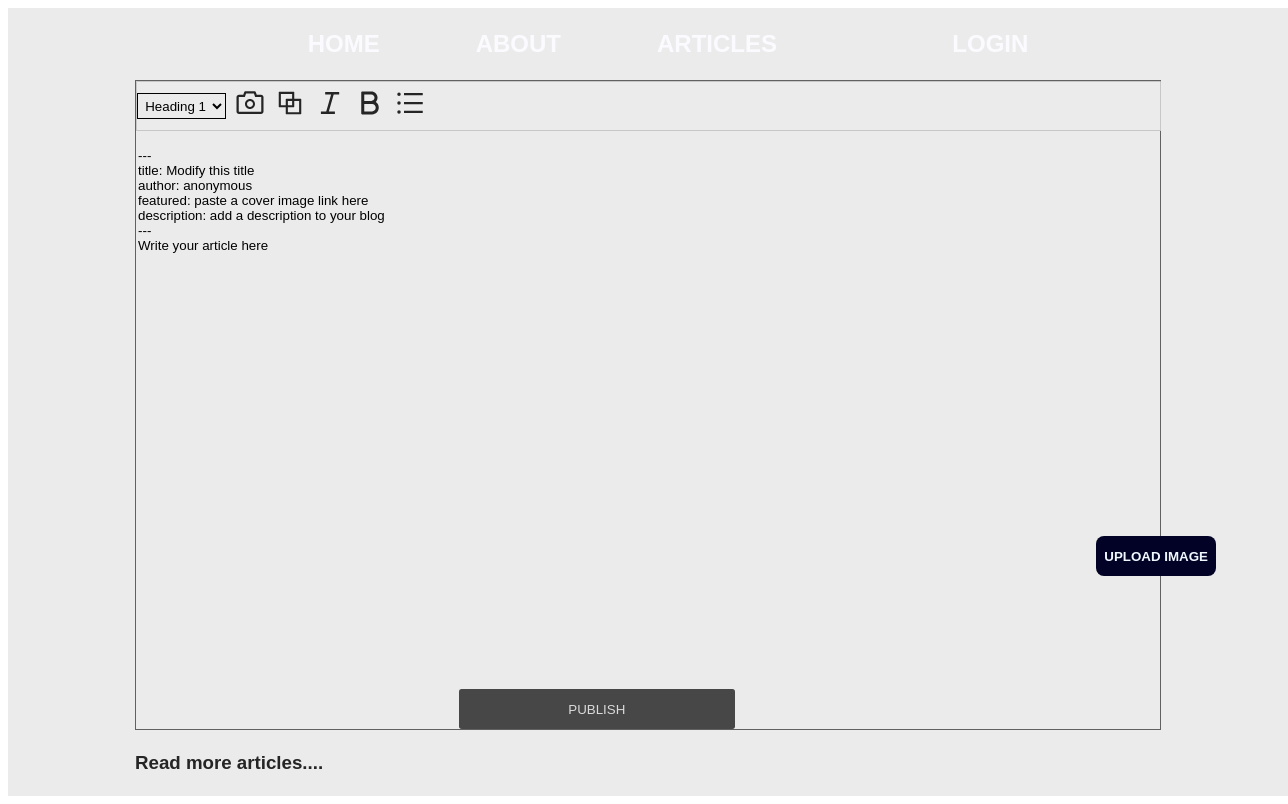
Repository: ValGrace/-static-site
Page: /articles (app in client/)
An editor plug-in stored every save of this project. The page is shown before and after the next save, followed by the edit.
The browser window is 1280 px wide. The page is 1288 px wide, then 1280 px, so the pictures cover 1288 px, including what lies to the right of the window. The pictures show the whole page.
The page's requests for data from a server got no answer. The project was rebuilt for these pictures with package versions that can differ from the ones it lists, and the page was loaded fresh each time. No one was signed in, and anything a server would have sent is missing. Also part of the build but not shown: client/vite.config.js, client/src/Components/Login.jsx, client/src/Components/Signup.jsx, client/src/Components/MidSection.jsx, client/src/Components/HomeSection.jsx, client/src/Components/TopSection.jsx, client/src/MdFiles/MdFileContext.js, client/src/Pages/HomePage.jsx and 1 more.

Above is the page before, as saved 2023-07-01 22:17:23.

### client/index.html
<!DOCTYPE html>
<html lang="en">
  <head>
    <meta charset="UTF-8" />
    <link rel="icon" type="image/svg+xml" href="/vite.svg" />
    <meta name="viewport" content="width=device-width, initial-scale=1.0" />
    <title>Static Site Generator</title>

  </head>
  <body>
    <div id="root"></div>
    <script type="module" src="/src/main.jsx"></script>
  </body>
</html>

### client/src/main.jsx
import React from 'react'
import ReactDOM from 'react-dom/client'
import App from './App'
import './index.css'
import { BrowserRouter } from 'react-router-dom'
ReactDOM.createRoot(document.getElementById('root')).render(
  <React.StrictMode>
    <BrowserRouter>
    <App />
    </BrowserRouter>
  </React.StrictMode>,
)

### client/src/App.jsx
import PageRouter from './Routing/PageRouter'
import './App.css'


function App() {

  return (
    <div className="App">
      <PageRouter />
    </div>
  )
}

export default App

### client/src/index.css
:root {
  font-family: 'Acme', sans-serif;
  line-height: 1.5;
  font-weight: 400;

  color-scheme: light dark;
  color: rgba(7, 7, 7, 0.87);
  /* background-color: #000000b4; */
  padding: 0;
  margin: 0;
  font-synthesis: none;
  text-rendering: optimizeLegibility;
  -webkit-font-smoothing: antialiased;
  -moz-osx-font-smoothing: grayscale;
  -webkit-text-size-adjust: 100%;
}

/* a {
  font-weight: 500;
  color: #646cff;
  text-decoration: inherit;
}
a:hover {
  color: #535bf2;
}

body {
  margin: 0;
  display: flex;
  place-items: center;
  min-width: 320px;
  min-height: 100vh;
}

h1 {
  font-size: 3.2em;
  line-height: 1.1;
}

button {
  border-radius: 8px;
  border: 1px solid transparent;
  padding: 0.6em 1.2em;
  font-size: 1em;
  font-weight: 500;
  font-family: inherit;
  background-color: #1a1a1a;
  cursor: pointer;
  transition: border-color 0.25s;
}
button:hover {
  border-color: #646cff;
}
button:focus,
button:focus-visible {
  outline: 4px auto -webkit-focus-ring-color;
}

@media (prefers-color-scheme: light) {
  :root {
    color: #213547;
    background-color: #ffffff;
  }
  a:hover {
    color: #747bff;
  }
  button {
    background-color: #f9f9f9;
  }
} */

### client/src/Routing/PageRouter.jsx
import Dashboard from "../Pages/Dashboard";
import HomePage from "../Pages/HomePage";
import { Routes, Route} from "react-router-dom"
import AboutPage from "../Pages/aboutPage";
import Articles from "../Pages/Articles";
const PageRouter = () => {
    return (
        <Routes>
            <Route exact path="/" element={ <HomePage />}/>
            <Route path="/login" element={ <Dashboard />}/>
            <Route path="/about" element={<AboutPage />} />
            <Route path="/articles" element={<Articles />} />

        </Routes>
    )
}

export default PageRouter

### client/src/App.css
.App {
  display: flex;
  flex-direction: column;
  justify-content: center;
  align-items: center;
  margin: 0;
  padding: 0;
  width: 100vw;
  background-color: rgba(226, 226, 226, 0.699);
}

### client/src/Pages/Dashboard.jsx
import React, { useReducer, useState} from 'react'
import Login from '../Components/Login'
import Signup from '../Components/Signup'
import "../Components/Inputs.css"
import { Link, useNavigate } from 'react-router-dom'
// import { useAuth } from '../Context/UserContext'
import { account } from '../Utils/appwrite'
const initialState = {page : <Login />}
function reducer(state, action) {
    switch(action.type) {
        case 'loginpage':
          return { page: <Login />}
        case 'signuppage':
            return { page: <Signup />}
        default:
            return { page: <h2>Loading....</h2>}
    }
}
const Dashboard = () => {
    const [state, dispatch] = useReducer(reducer, initialState)

    const [ error, setError] = useState('')
    const navigate = useNavigate()
    const ghostLogin = async() => {
        try {
            setError('')
            await account.createAnonymousSession();
            navigate("/")
        }
        catch {
             setError("Failed to Create anonymous account")
        }
    }
    return (
        <div className='dashboard'>
         <h2>Static Site Generator</h2>
         <div>Static site Image</div>
      <div className='dash' id='dash'>
            <div className='toggleForms'>
                <button onClick={() => dispatch({type: 'loginpage'})} className="type-btn">Login</button>
                <button onClick={() => dispatch({type: 'signuppage'})} className="type-btn">Signup</button>
                </div>
            <React.Fragment>{state.page}</React.Fragment>

            <button id="auth-btns" onClick={ghostLogin}>Login with Ghost account</button>
            <h5>{error}</h5>
         </div>
         <Link to="/home">Home</Link>
       </div>
    )
}

export default Dashboard

### client/src/Pages/Articles.jsx
import { useEffect, useRef, useState} from 'react'
import { Axios } from "axios"
import Navbar from '../Components/Navbar'
import { account } from '../Utils/appwrite'
// import { FaBold, FaItalic, FaList} from 'react-icons/fa'
import { AiOutlineItalic, AiOutlineUnorderedList, AiOutlineBold, AiOutlineBlock, AiOutlineCamera} from "react-icons/ai"

const Articles = () => {

  const input = useRef()
  const preview = useRef()

  const [userName] = useState("anonymous")
  const [headStyle, setHeadStyle] = useState("##")
  const [imageData, setImageData] = useState("")
  // const [title, setTitle] = useState('')
  const [currentUser, setCurrentUser] = useState("")
  const articleContext = `
---
title: Modify this title
author: ${currentUser ? currentUser : userName}
featured: paste a cover image link here
description: add a description to your blog
---
Write your article here
  `
  const [article, setarticle] = useState(articleContext)


  // get current user account
  const subscriber = () => {
    const unsubscribe = account.get()
    unsubscribe.then(function(promise){
       console.log(promise)
       setCurrentUser(promise.name)
    }, function(error) {
      console.log(error)
    })
    return unsubscribe
  }
  // fetch articles from api
  async function getData() {
    const response =  await fetch('/articles/')
    const postData = await response.json()
    console.log(postData)

  }
  useEffect(()=> {
    subscriber()
    getData()
  }, [])


  const headTwoEvent = (e) => {
    e.preventDefault()
    setHeadStyle(e.target.value)
    input.current.value += headStyle

  }

  const blockEvent = (e) => {
    e.preventDefault()
    input.current.value += "> "
  }

  const italicEvent = (e) => {
    e.preventDefault()
    input.current.value += "*edit this italic text*"
  }

  const boldEvent = (e) => {
    e.preventDefault()
    input.current.value += "**edit this bold text**"
  }
  const editPost = (event) => {
     setarticle(event.target.value)
  }
  const listEvent = (e) => {
      e.preventDefault()
      input.current.value += "\n- "
  }

   const [imageSelected, setImageSelected] = useState()
   const uploadImage = async() => {
    const formdData = new FormData()
    formdData.append("file", imageSelected)
    formdData.append("upload_preset", "blogsite")
    // formData.append("cloud_name", "dnjzdxki1")
    let data = ""
    await Axios.post("https://api.cloudinary.com/v1_1/dnjzdxki1/image/upload", formdData).then((response)=>{
      console.log(response)
      data = response.data["secure_url"]
      setImageData(data)
    })
    input.current.value += `![add alt text here](${imageData})`
    return data
   }
    return (
        <>
          <Navbar />
          <div className="articles">
          <button onClick={uploadImage} className="btn-edit"> Upload Image</button>
            <form className="md-editor" method='post' action='/articles/' encType='multipart/form-data'>

            <div className='article-area'>

              <div className='article-icons'>
                <select value={headStyle} onChange={headTwoEvent}>
                  <option value="# ">Heading 1</option>
                  <option value="## ">Heading 2</option>
                  <option value="### ">Heading 3</option>
                </select>
                              <div>
                <label htmlFor='inputFile'>
                <AiOutlineCamera size="2em"/>
                <input type='file' onChange={(event) => setImageSelected(event.target.files[0])} id="inputFile" accept='image/*'/>
                </label>


                {/* <Image cloudName="" publicId="" /> */}
                </div>
                <span onClick={blockEvent}><AiOutlineBlock size="2em"/></span>
                <span onClick={italicEvent}><AiOutlineItalic size="2em"/></span>
                <span onClick={boldEvent}><AiOutlineBold size="2em"/></span>
                <span onClick={listEvent}><AiOutlineUnorderedList size="2em"/></span>

                </div>

                <textarea value={article} ref={input} onChange={editPost} id='txtarea' name='article'/>
            </div>
            <div className="md-btns">

                <input type='submit' id="md-btn" value='Publish' />
            </div>
            </form>

            <div id="preview" ref={preview}></div>
            <div>

                <h3>Read more articles....</h3>

            </div>
          </div>
        </>
    )
}

export default Articles













//   const submitForm = () => {
//     fetch("/articles/", {
//         method: "POST",
//         headers: {
//             "Content-Type": "application/json",
//         },
//         body: article

//     })
// }

### client/src/Components/Inputs.css
form, #dash {
    width: 80vw;
}
.signupForm, .dash, .dashboard {
   display: flex;
   flex-direction: column;
   justify-content: center;
   align-items: center;
   gap: 0.8em;
}

input, button {
    width: 80%;
    height: 3em;
    background-color: transparent;
    color: black;
}

#sign {
   width: 40vw;
}

.toggleForms {
    display: grid;
    grid-template-columns: 50% 50%;
    gap: 0.4em;
    justify-content: center;
    align-items: center;
}

#inptitle, .article-icons{
   width: 100%;
   border: 0.5px solid rgb(199, 199, 199);
   border-radius: 0.7%;

}

.article-icons {
    width: 79.9vw;
    height: 3em;
    display: flex;
    flex-direction: row;
    align-items: center;
    gap: 0.5em;
}

.article-area {
   margin-top: 0;
   display: flex;
   flex-direction: column;
   height: 90vh;

}

.type-btn {
    background-color: rgb(2, 2, 133);
    border: none;
    width: 20vw;
    border-radius: 8px;
    text-transform: uppercase;
    color: aliceblue;
    font-weight: 700;
}

.type-btn:hover {
   background-color: rgb(1, 1, 22);
}

#auth-btns {
    text-transform: uppercase;
    font-weight: 700;
}

select, option {
    border: 0.08em solid black;
    background-color: transparent;
    font-weight: 500;
    padding: 0.2rem;
}

input[type=file] {
   display: none;
}

label {
    cursor: pointer;
}

### client/src/Utils/appwrite.js
import {Client, Account} from "appwrite"

const client = new Client()

client.setEndpoint("https://cloud.appwrite.io/v1").setProject("64940746ea62d29f596e")

export const account = new Account(client)

### client/src/Components/Navbar.jsx
import { useState } from "react"
import {HiBars3BottomLeft} from 'react-icons/hi2'
import { FaTimes} from 'react-icons/fa'
import { Link} from 'react-router-dom'
import "./Navbar.css"
const Navbar = () => {
    const [clickbar, setClickbar] = useState(false)
    return (
           <>


        <nav id="bar" onClick={()=>setClickbar
        (!clickbar)}>{clickbar ? <>
           <FaTimes size="2em"/>

            <ul>
               <Link to="/" className="navlink"><li>home</li></Link>
                <Link to="/about"><li>about</li></Link>
                <Link to="/articles"><li>articles</li></Link>
                <Link to="/login"><li>Login</li></Link>
            </ul>

        </>: <HiBars3BottomLeft size="2em"/>}
        </nav>

        <nav id="pages">
        <ul>
                <Link to="/" className="navlink"><li>home</li></Link>
                <Link to="/about" className="navlink"><li>about</li></Link>
                <Link to="/articles" className="navlink"><li>articles</li></Link>
            </ul>
            <ul>
                <li><Link to="/login" className="navlink">Login</Link></li>
            </ul>

</nav>
        </>
    )
}

export default Navbar

### client/src/Components/InfoPage.css
#about-page {
    font-size:2rem;
    text-transform: capitalize;

    width: 80vw;

    text-align: center;
}

.about-mid {
   display: flex;
   gap: 0.4rem;
   flex-wrap: wrap;
   flex-direction: column;
}

.about-info, .abt-context {
    /* width: 25vw; */
    display: flex;
    flex-direction: column;

}
#context {
    width: 75vw;
}

.abt-img {
    background-color: rgba(54, 4, 4, 0.685);
    width: 40vw;

}

.abt-img > img {
    width: 100%;
    height: 100%;
}


.md-editor {
    width: 80vw;
    height: 90vh;
    margin: auto;
    display: flex;
    flex-direction: column;
    border: 0.5px solid rgb(97, 97, 97);

}

.footer {
    background-color: rgba(255, 255, 255, 0.952);
    /* padding: 0.8em; */
    width: 100%;
    text-align: center;
    color: rgba(0, 0, 0, 0.938);
    border-radius: 0.4em;
}

#txtarea {
    resize: none;
    width: 100%;
    height: 60vh;
    background-color: transparent;
    border: none;
    font-family: 'Acme', sans-serif;
}
.md-edit {
    position: absolute;
    width: 80vw;
    height: 90vh;
    top: 10%;
    background-color: rgb(0, 0, 0);
    display: flex;
    flex-direction: column;
    align-items: center;
    gap: 0.4em;
}

.md-edit > textarea {
    resize: none;
    width: 90%;
    height: 80%;
    background-color: rgb(29, 28, 28);
    color: rgba(240, 248, 255, 0.932);
    border-radius: 8px;
    border: none;

}

.md-btns {
    display: flex;
   justify-content: center;
   align-items: center;
    gap: 0.7em;
    width: 90%;
}

#md-btn {
    width: 30%;
    background-color: rgb(71, 71, 71);
    color: rgb(218, 218, 218);
    text-transform: uppercase;
    font-weight: 400;
    border: none;
    border-radius: 0.2em;

}
@media screen and (min-width: 670px) {
    #abt-info {
        flex-direction: row-reverse;
    }
    .about-info, .abt-context {
        flex-direction: row;
        justify-content: center;
        gap: 0.8em;

    }
    .abt-pg {
        display: flex;
        flex-direction: column;
        width: 40vw;
    }
    .abt-img {
        width: 40vw;
    }

}

### client/src/Components/Navbar.css
nav {
    width: 70vw;
    height: 10vh;
    display: flex;
}

nav > ul{
  display: flex;
  flex-direction: row;
  text-transform: uppercase;
  list-style-type: none;
  justify-content: center;
  align-items: center;
  gap: 4em;
  font-weight: 600;
  font-size: 1.5rem;
  flex-grow: 1;

  text-decoration: none;
}

.navlink {
    text-decoration: none;
    text-decoration-style: none;
    color: rgb(251, 251, 255);
}

.navlink:hover {
   text-decoration: underline;
}

.topsection {
    background-image: url("../assets/pwbg.jpg");
    color: rgb(231, 228, 228);
    width: 98vw;
    height: 70vh;
    background-size: cover;
    display: flex;
    flex-direction: column;
    align-items: center;

    position: relative;
    z-index: 1;
}

.topsection-cover {
    position: absolute;
    left: 0;
    bottom: 0;
    width: 100%;
    height: 100%;
    background-color: rgba(0, 0, 0, 0.719);
    z-index: -1;
}

#top-text {
    width: 65vw;
    left: 40%;
    height: 80%;
    display: flex;
    flex-direction: column;
    justify-content: center;

}

#top-text > h2 {
    font-size: 4.5rem;
    text-transform: capitalize;
    margin: 0;
    /* float: left; */
}

#top-text > p {
    float: right;

}

.head-section {
    display: flex;
    width: 90vw;
    gap: 0.5em;
    flex-wrap: wrap;
}

.head-img {
    background-color: rgb(14, 13, 29);
    width: 90%;
    /* border-radius: 0.9em; */
    height: 45vh;
    box-shadow: rgba(0, 0, 0, 0.25) 0px 14px 28px;
    margin-left: 0;
    justify-self: left;
}

.head-img > img {
    width: 100%;
    height: 100%;
    border-radius: 0.9em;
}

.side-section {
    display: flex;
    flex-direction: column;
    height: 100vh;
    background-color: rgb(14, 13, 13);
    gap: 0.3rem;
    padding: 2.8rem;
    width: 92%;
}

.side-section > h2 {
    font-size: 2.5rem;
    color: rgb(253, 255, 255);
    text-align: center;
}

.featured-articles {
    display: flex;
    flex-direction: row;
    flex-wrap: wrap;
    color: rgb(255, 255, 255);
    text-align: justify;
    gap: 1.6rem;
    align-items: center;
}

.side-blogs > h4 {
    font-size: larger;
    text-transform: capitalize;
}

.side-img-left {
    display: flex;
    flex-direction: column;
    width: 40vw;
    gap: 0.8rem;
}

.side-img-right {
    display: flex;
    flex-direction: row;
    width: 45vw;
    height: 10rem;
    gap: 0.4rem;
    margin-bottom: 0.4rem;
    justify-content: center;
    align-items: center;
}
.side-right-img {
    width: 60%;
    height: 100%;
    box-shadow: rgba(0, 0, 0, 0.25) 0px 14px 28px;
}


.side-img {
    background-color: black;
    width: 100%;
    height: 16rem;

}

.side-img > img, .side-right-img > img {
    width: 100%;
    height: 100%;
}

.side-blogs > h4, .side-blogs > p {
    margin: 0;
}

.btn-edit {
    position: fixed;
    right: 5%;
    bottom: 20%;
    width: auto;
    padding: 8px;
    background-color: rgb(2, 2, 39);
    color: aliceblue;
    text-transform: uppercase;
    font-weight: 600;
    border: none;
    border-radius: 8px;
}
.site-descr {
    width:65vw;
    /* background-color: rgba(226, 226, 226, 0.699); */
    border-radius: 9px;
    /* margin-top: 0.9rem; */
    display: flex;
    /* gap: 0.4rem; */
    /* padding: 3.4rem; */
    height: 25vh;
    margin-bottom: 3em;
}

#pages > ul {

    flex-direction: column;
}

.site-descr > p {
    width: 75%;
}
.site-sep {
    width: 0.1rem;
    height: 90%;
    background-color: rgb(2, 2, 39);
    margin-right: 0.7rem;
}


.value-section {
   width: 100%;
    display: flex;
    gap: 2.8rem;
    flex-wrap: wrap;
    /* color: rgb(20, 20, 20); */
    justify-content: center;
    align-items: center;
}

.single-value {
    box-shadow:
		5px 1px 5px rgb(199, 199, 199);
    border-radius: 10px;
    background-color: rgba(255, 255, 255, 0.863);
    padding: 0.4em;
    width: 15em;
    height: 16em;
}

#icon-section {
    width: 100%;
    height: 40%;
    display:flex;
    justify-content: center;
    align-items: center;
}



@media screen and (min-width: 1200px) {
    #bar {
      display: none;
    }
    #pages > ul{
        flex-direction: row;
    }

  }

@media screen and (max-width: 1200px) {
    #pages {
      display: none;
    }
   #bar {
        flex-direction: column;

    }
    #bar > ul {
        flex-direction: column;
        gap: 2em;
        background-color: rgba(255, 255, 255, 0.979);
        color: rgb(2, 6, 56);
        width: 90vw;
        height: 70vh;
        position: absolute;
        top: 0;
        right: 0;
    }
}

After the next save:
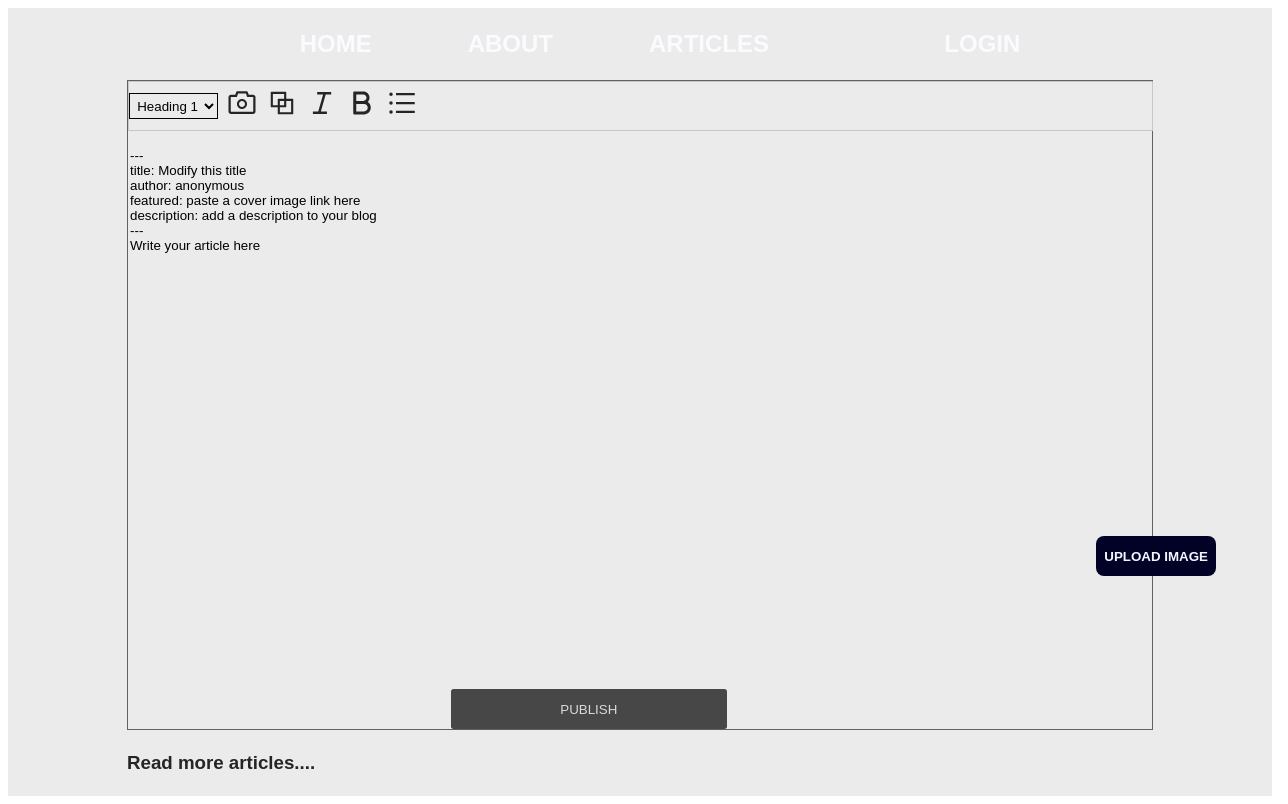
Saved 22 min 51 s later.
--- a/client/src/App.css
+++ b/client/src/App.css
@@ -5,6 +5,6 @@
   align-items: center;
   margin: 0;
   padding: 0;
-  width: 100vw;
+  width: 100%;
   background-color: rgba(226, 226, 226, 0.699);
 }
